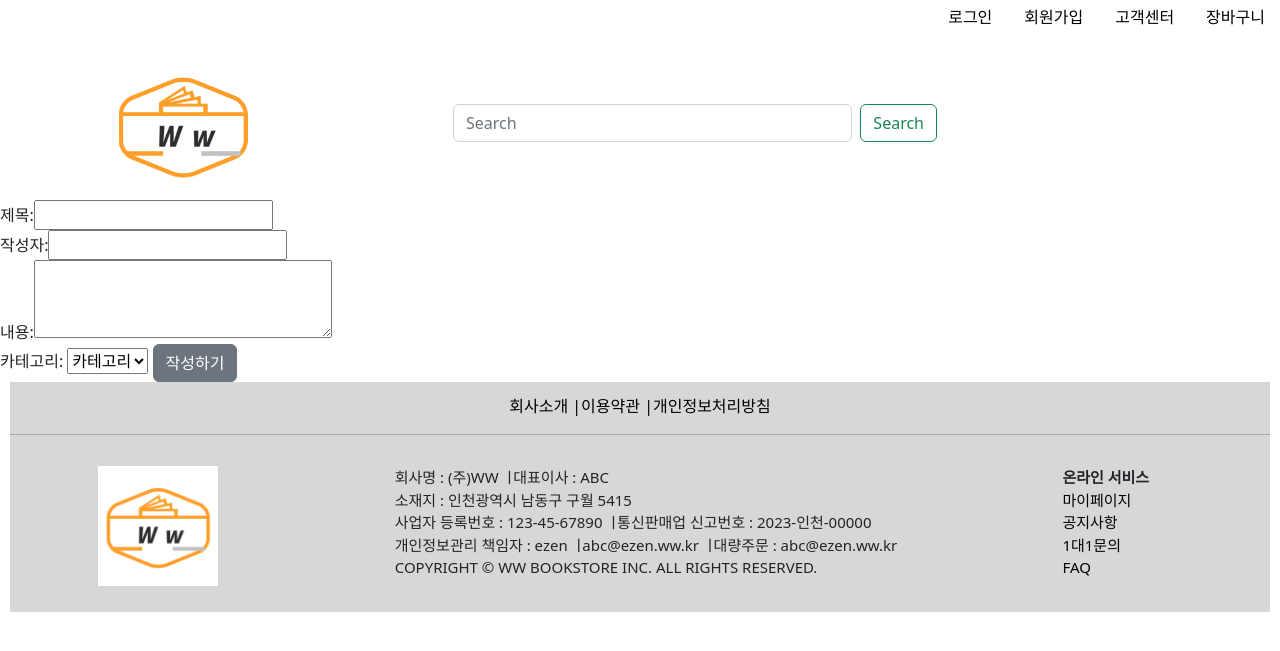
Repository: leehyeonung/project9
Page: http://localhost/book/WEB-INF/views/board/register.jsp
These files come from the project's save history. The page is drawn as it stood at one moment and after the next save; the edit follows.
The browser window is 1280 px wide. The pictures show the whole page.
The page is served by Tomcat 9. Nobody is signed in. The template is opened directly, without the code that normally fills it, so the values that code supplies are empty.

Above is the page before, as saved 2023-01-06 06:57:14.

After the next save:
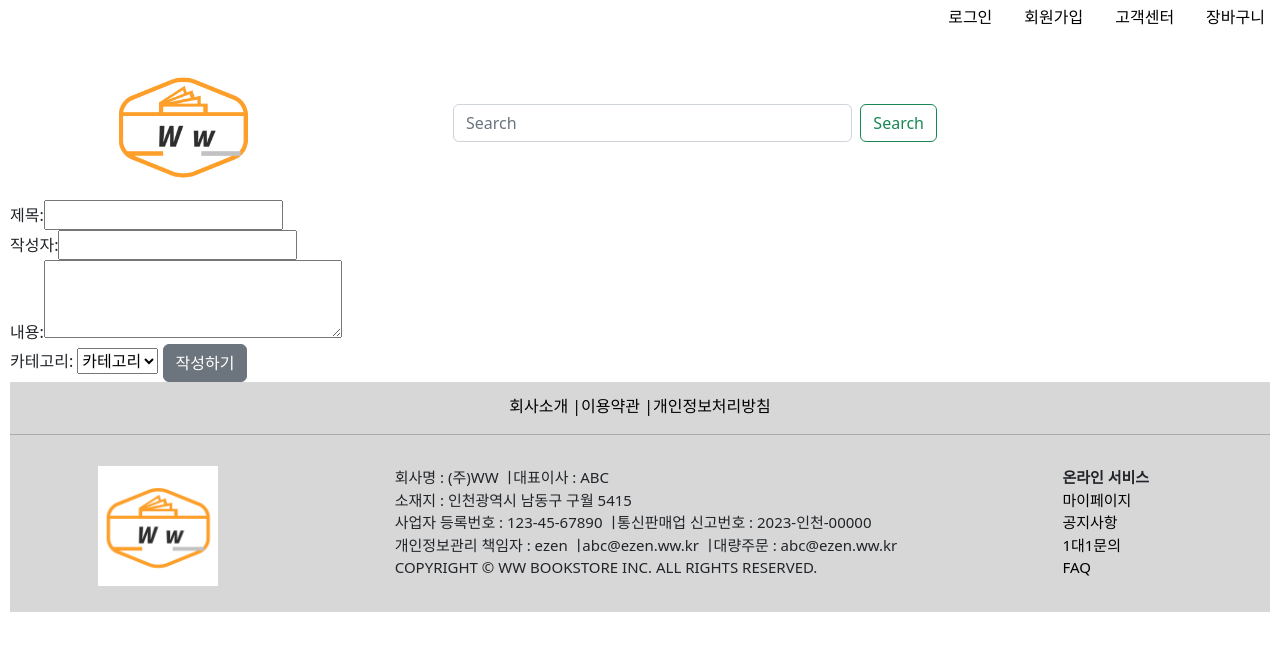
Saved 8 s later.
--- a/book/src/main/webapp/WEB-INF/views/board/register.jsp
+++ b/book/src/main/webapp/WEB-INF/views/board/register.jsp
@@ -5,6 +5,7 @@
 <head>
 <meta charset="UTF-8">
 <title>Insert title here</title>
+<link rel="stylesheet" type="text/css" href="/resources/css/main.css">
 </head>
 <body>
 <jsp:include page="../layout/header.jsp"></jsp:include>
